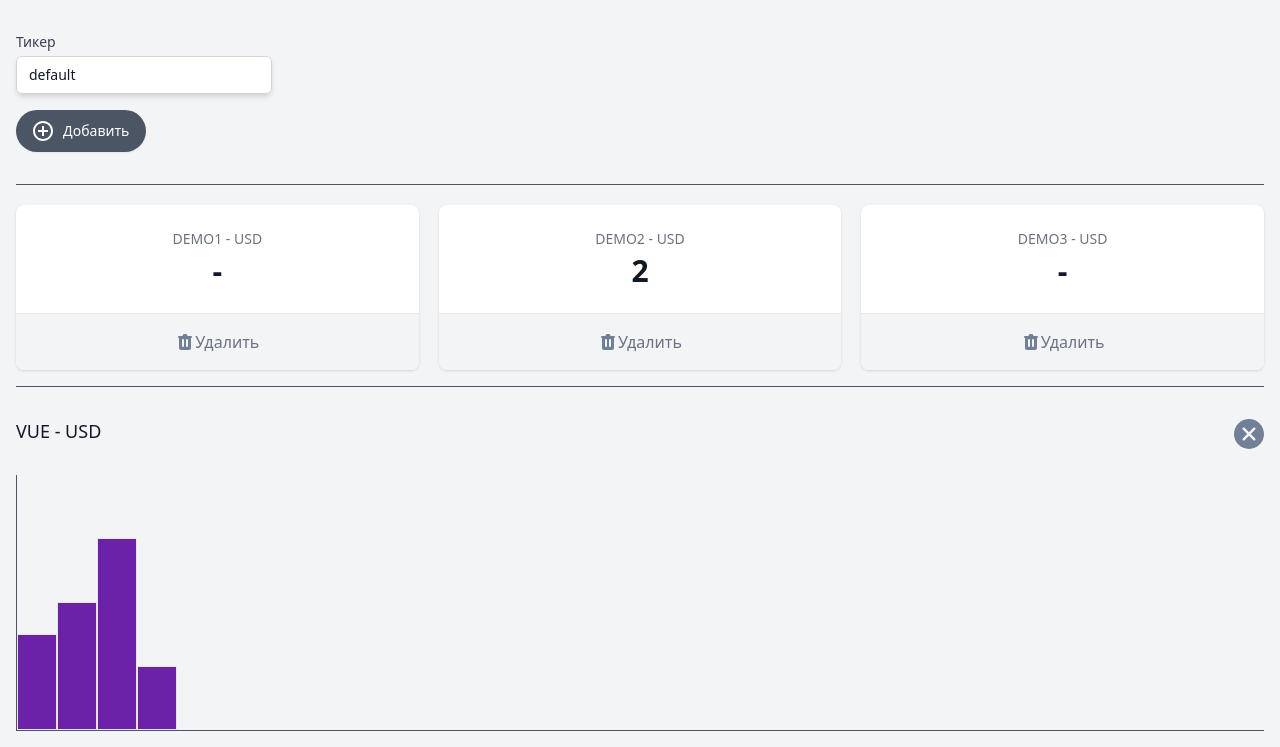
Repository: Alexey2236/cripto
Page: /
The author's editor kept a copy of each file at every save. The page is drawn from the files as they stood at one save, then again after the next save.
The browser window is 1280 px wide. The pictures show the whole page.
The project was rebuilt for these pictures with package versions that can differ from the ones it lists, and the page was loaded fresh each time. Also part of the build but not shown: vue.config.js.

Above is the page before, as saved 2022-12-18 21:01:48.

After the next save:
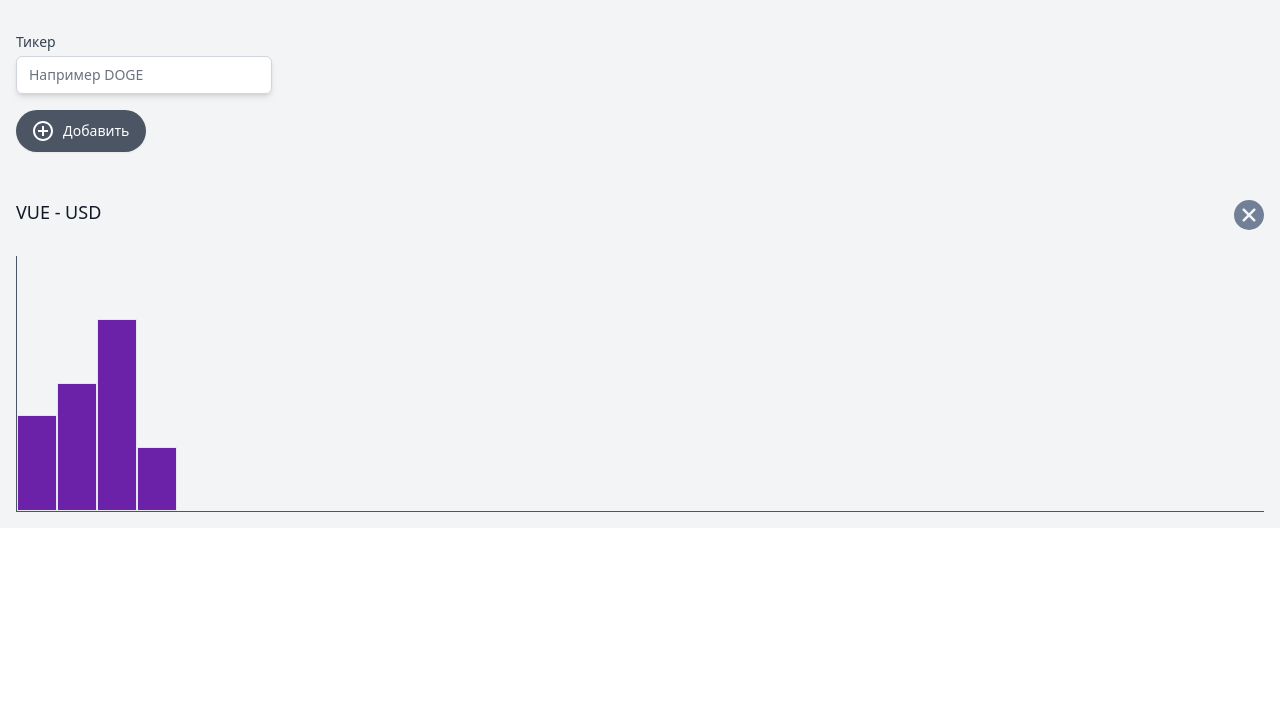
Saved 7 min 7 s later.
--- a/src/App.vue
+++ b/src/App.vue
@@ -131,12 +131,8 @@ export default {
 
   data() {
     return {
-      ticker: "default",
-      tickers: [
-        { name: "DEMO1", price: "-" },
-        { name: "DEMO2", price: "2" },
-        { name: "DEMO3", price: "-" },
-      ],
+      ticker: "",
+      tickers: [],
     };
   },
 
